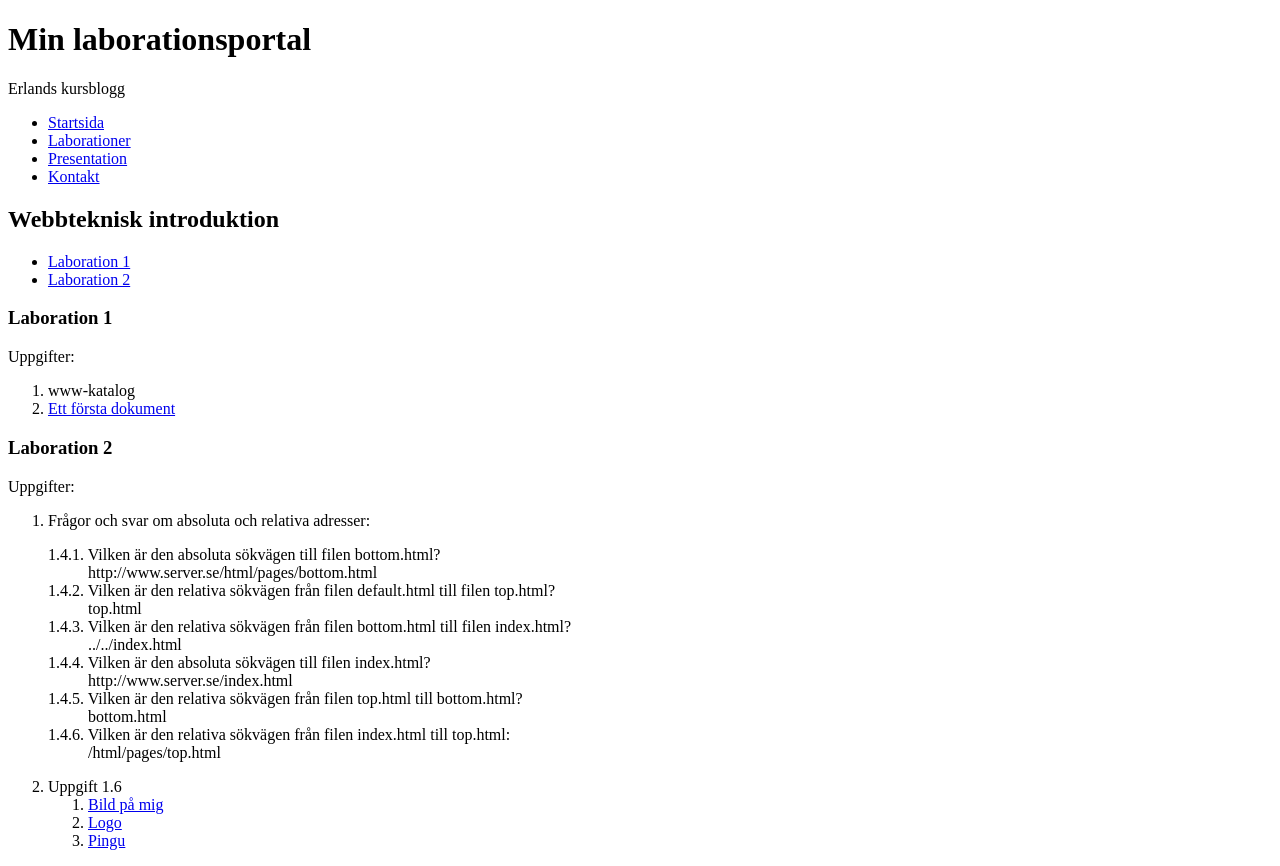
Repository: ej222ru/1IK415-laborationer
Page: pages/laborationer.html
The author's editor kept a record of every edit. The page is drawn from the files as they stood at one moment, then again after the next edit.
The browser window is 1280 px wide. The pictures show the whole page.

Above is the page before.

### pages/laborationer.html
<!doctype html>
<html lang="sv">
    <head>
        <meta charset="utf-8" />
        <title>Erlands kursblogg</title>
    </head>
    <body>
    <h1>Min laborationsportal</h1>

    <p>Erlands kursblogg</p>
        <ul>
            <li><a href="../index.html">Startsida</a></li>
            <li><a href="laborationer.html">Laborationer</a></li>
            <li><a href="presentation.html">Presentation</a></li>
            <li><a href="kontakt.html">Kontakt</a></li>
        </ul>
        <h2>Webbteknisk introduktion</h2>
        <ul>
            <li><a href="#Laboration1">Laboration 1</a></li>
            <li><a href="#Laboration2">Laboration 2</a></li>
        </ul>
        <h3>Laboration 1 <a id="Laboration1"></a></h3>
        <p>Uppgifter:</p>
        <ol>
            <li>www-katalog</li>
            <li><a href="presentation.html">Ett första dokument</a></li>
        </ol>
        <h3>Laboration 2 <a id="Laboration2"></a></h3>
        <p>Uppgifter:</p>
        <ol>
            <li>Frågor och svar om absoluta och relativa adresser:
                <dl>
                <dt>1.4.1. Vilken är den absoluta sökvägen till filen bottom.html? </dt>
                <dd>http://www.server.se/html/pages/bottom.html</dd>
                <dt>1.4.2. Vilken är den relativa sökvägen från filen default.html till filen top.html? </dt>
                <dd>top.html</dd>
                <dt>1.4.3. Vilken är den relativa sökvägen från filen bottom.html till filen index.html? </dt>
                <dd>../../index.html</dd>
                <dt>1.4.4. Vilken är den absoluta sökvägen till filen index.html? </dt>
                <dd>http://www.server.se/index.html</dd>
                <dt>1.4.5. Vilken är den relativa sökvägen från filen top.html till bottom.html? </dt>
                <dd>bottom.html</dd>
                <dt>1.4.6. Vilken är den relativa sökvägen från filen index.html till top.html:</dt>
                <dd>/html/pages/top.html</dd>
                </dl>
            </li>
        <li>Uppgift 1.6
            <ol>
                <li><a href="presentation.html#BildMig">Bild på mig</a></li>
                <li><a href="../pics/ErlandLogo.png">Logo</a></li>
                <li><a href="../index.html#BildPingu">Pingu</a></li>
            </ol>
        </li>
        </ol>

      </body>
</html>

After the next edit:
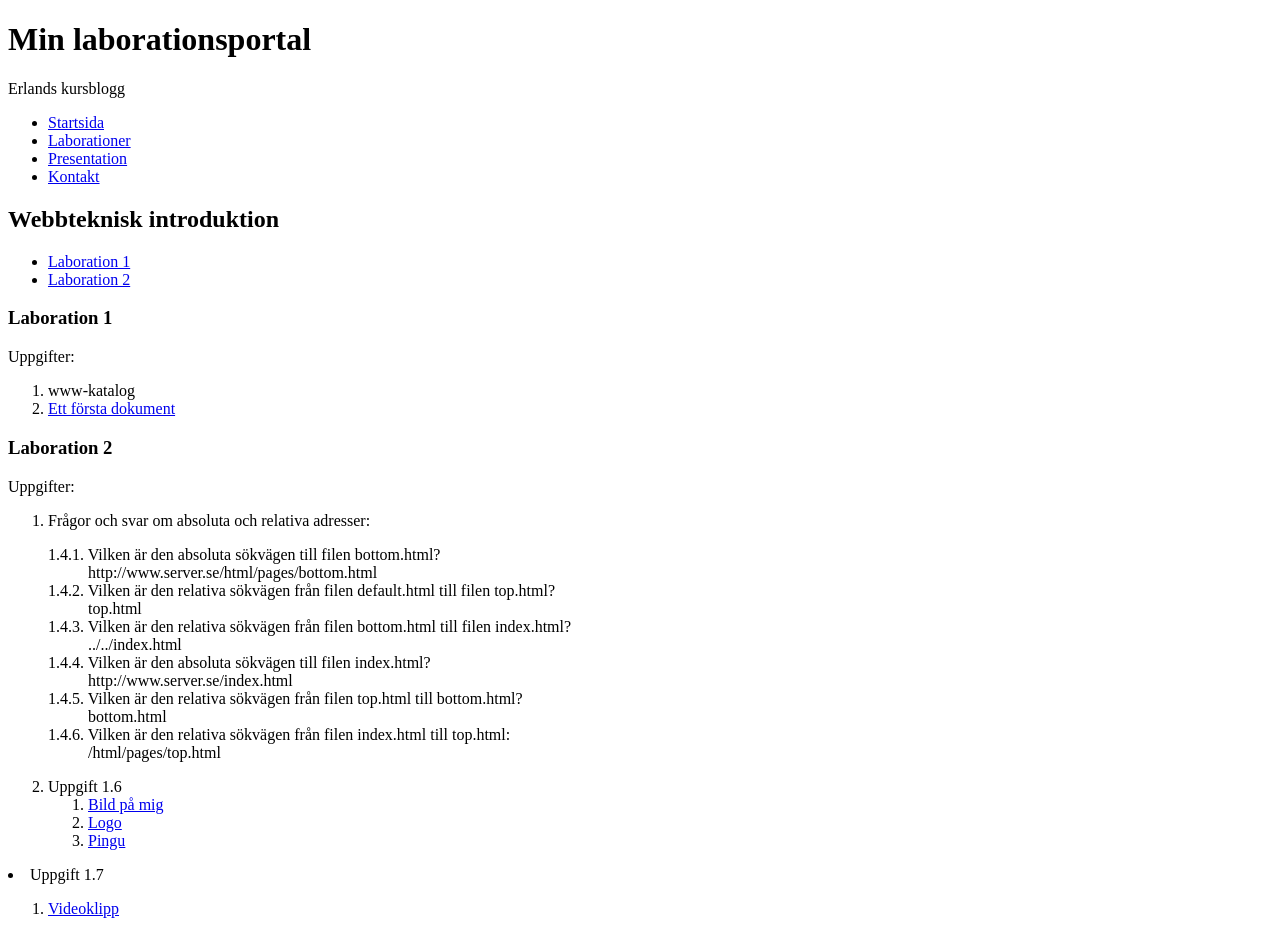
The edit:
--- a/pages/laborationer.html
+++ b/pages/laborationer.html
@@ -52,6 +52,11 @@
             </ol>
         </li>
         </ol>
-
+        <li>Uppgift 1.7
+            <ol>
+                <li><a href="../index.html#Videoklipp">Videoklipp</a>
+                </li>
+            </ol>
+        </li>
       </body>
 </html>
